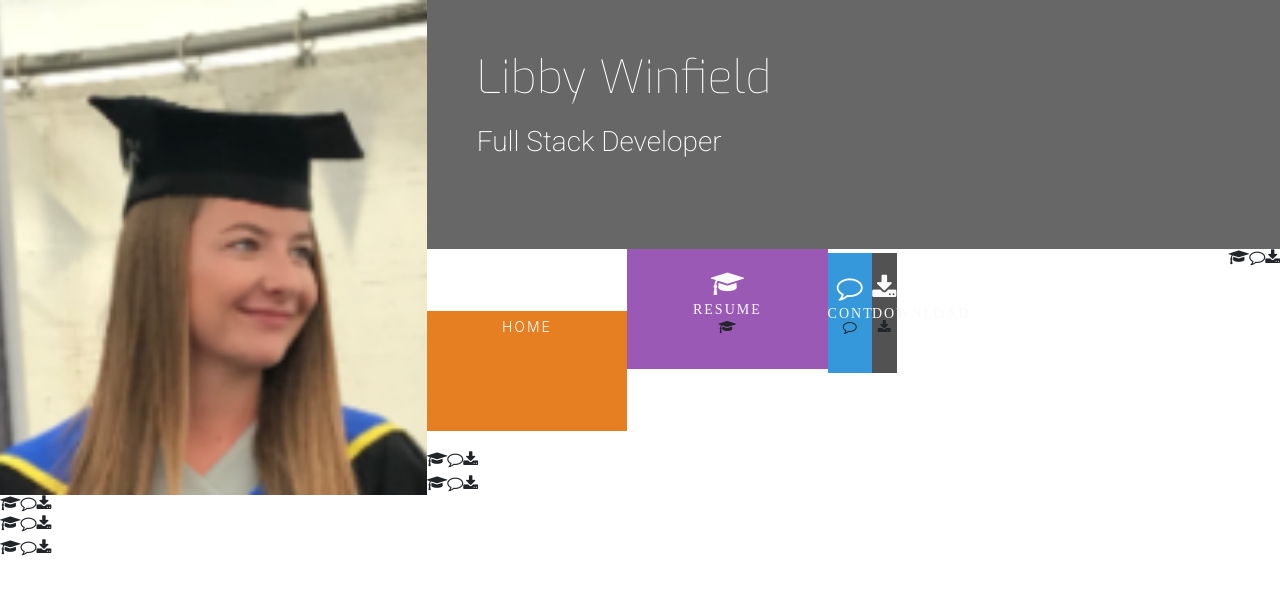
Repository: LibbyWin/CV
Page: index.html
The author's editor kept a record of every edit. The page is drawn from the files as they stood at one moment, then again after the next edit.
The browser window is 1280 px wide. The pictures show the whole page.

Above is the page before.

### index.html
<!DOCTYPE html>
<html lang="en">
<head>
    <meta charset="UTF-8">
    <meta name="viewport" content="width=device-width, initial-scale=1.0">
    <meta http-equiv="X-UA-Compatible" content="ie=edge">
    <link rel="stylesheet" href="https://stackpath.bootstrapcdn.com/bootstrap/4.3.1/css/bootstrap.min.css" type="text/css" />
    <link rel="stylesheet" href="https://stackpath.bootstrapcdn.com/font-awesome/4.7.0/css/font-awesome.min.css" type="text/css" />
    <link rel="stylesheet" href="assets/css/style.css" type="text/css" />
    <title>Libby</title>
    <style>
   @import url('https://fonts.googleapis.com/css?family=Exo&display=swap');
    </style>
</head>
<body>
    <header>
        <div class="row no-gutters">
            <a href="index.html" class="col-md-4 logo">

            </a>
            <div class="col-md-8">
                <div class="row no-gutters bg-color-name-title">
                    <div class="col heading">
                        <h1 class="name">Libby Winfield</h1>
                        <h2 class="title">Full Stack Developer</h2>

                    </div>
                </div>
                <div class="row no-gutters">
                    <div class="col">
                        <ul id="nav" class="list-inline menucontainer">
                            <li class="col-6 col-sm-3 ui-menu-color-home list-inline-item menuitem">
                                <a href="#"></i><span>Home</span></a>
                            </li>
                            <li class="col-6 col-sm-3 ui-menu-color-resume list-inline-item menuitem">
                                <a href="#"><i class="fa fa-graduation-cap" aria-hidden_"true"><span>Resume</span></a>
                            </li>
                            <li class="col-6 col-sm-3 ui-menu-color-contact list-inline-item menuitem">
                                <a href="#"><i class="fa fa-comment-o" aria-hidden_"true"><span>Contact</span></a>
                            </li>
                            <li class="col-6 col-sm-3 ui-menu-color-download list-inline-item menuitem">
                                <a href="#"><i class="fa fa-download" aria-hidden_"true"><span>Download</span></a>
                            </li>
                        </ul>
                    </div>
                </div>


            </div>
        </div>
    </header>
    <section>

    </section>
    <footer>

    </footer>

</body>
</html>

### assets/css/style.css
@import url('https://fonts.googleapis.com/css?family=Roboto:100,200,300,400,500,600,700|Exo:100,200,300,400,500,600,700');

/*--------------------------------------------Colors*/

.bg-color-name-title {
    background-color: #676767;
}

.ui-menu-color-home {
    background-color: #e67e22;
}

.ui-menu-color-resume {
    background-color: #9b59b6;
}

.ui-menu-color-contact {
    background-color: #3498db;
}

.ui-menu-color-download {
    background-color: #525252;
}

/*--------------------------------------------Heading*/

header {
    margin: 0;
}

.heading {
    margin-left: 50px;
}

.logo {
    background: url("../images/IMG_1027.JPG");
    background-position: center;
    background-repeat: no-repeat;
    background-size: cover;
    min-height: 360px;
    transition: all .5s ease-in-out;
    -moz-transition: all .5s ease-in-out;
    -webkit-transition: all .5s ease-in-out;
}

.name {
    font-family: "Exo", sans-serif;
    font-weight: 100;
    font-size: 46px;
    margin-top: 50px;
    color: #fff;
}

.title {
    font-family: "Roboto", sans-serif;
    font-weight: 200;
    font-size: 28px;
    margin-top: 20px;
    margin-bottom: 90px;
    color: #fff;
}

.list-inline-item:not(:last-child) {
    margin: 0;
}

.menucontainer {
    font-size: 0;
}

#nav li {
    font-size: 14px;
    padding: 0;
}

.menuitem {
    height: 120px;
    text-align: center;
    padding: 0;
}

.menuitem a {
    width: 100%;
    text-decoration: none;
    color: #fff;
    height: 120px;
}

.menuitem a i {
    padding-top: 22px;
    display: block;
    color: #fafafa;
    font-size: 26px;
}

.menuitem span {
    display: block;
    width: 100%;
    padding-top: 5px;
    text-align: center;
    text-transform: uppercase;
    font-size: 14px;
    font-weight: 300;
    letter-spacing: 2px;
}

After the next edit:
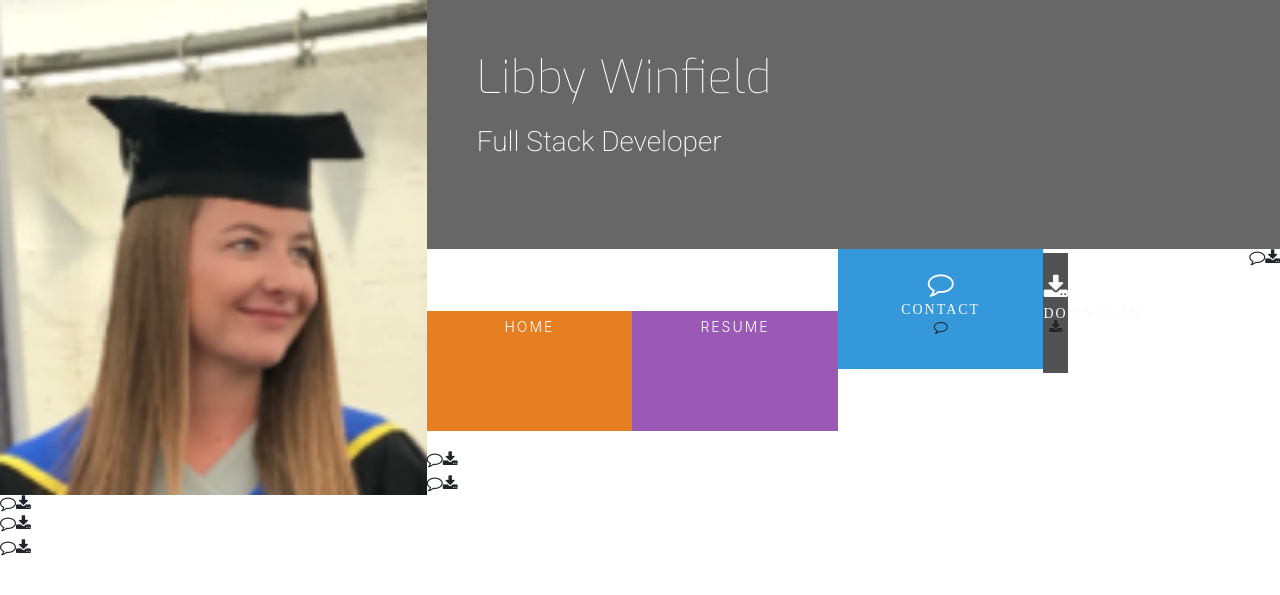
The edit:
--- a/index.html
+++ b/index.html
@@ -33,7 +33,7 @@
                                 <a href="#"></i><span>Home</span></a>
                             </li>
                             <li class="col-6 col-sm-3 ui-menu-color-resume list-inline-item menuitem">
-                                <a href="#"><i class="fa fa-graduation-cap" aria-hidden_"true"><span>Resume</span></a>
+                                <a href="#"><span>Resume</span></a>
                             </li>
                             <li class="col-6 col-sm-3 ui-menu-color-contact list-inline-item menuitem">
                                 <a href="#"><i class="fa fa-comment-o" aria-hidden_"true"><span>Contact</span></a>
